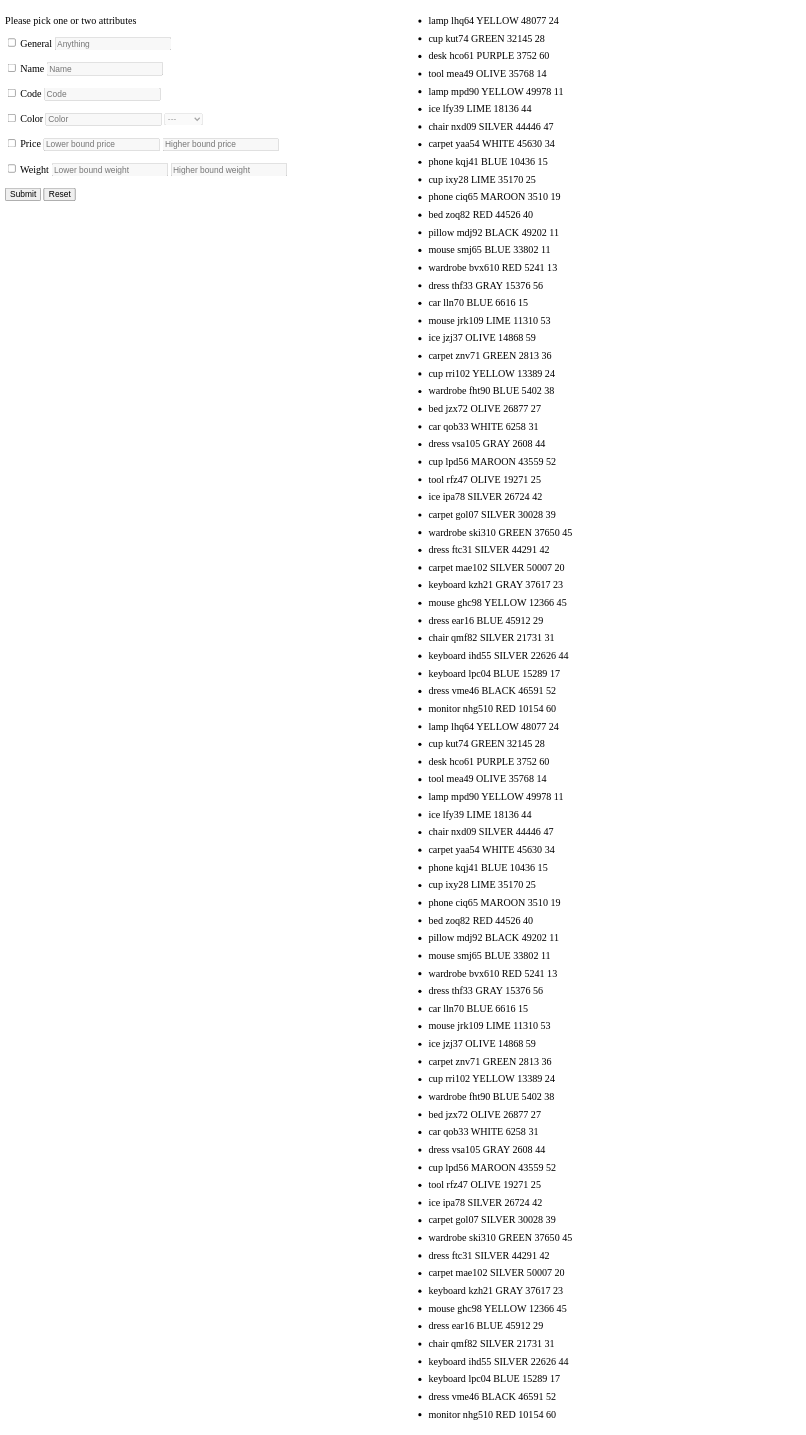
Repository: ISIT207-4-A/A1_C3_1
Page: home.html
An editor plug-in stored every save of this project. The page is shown before and after the next save, followed by the edit.
The browser window is 1280 px wide. The pictures show the whole page, at 63% of full size.
After loading, the first visible `button` was clicked once.

Above is the page before, as saved 2020-09-02 20:34:43.

After the next save:
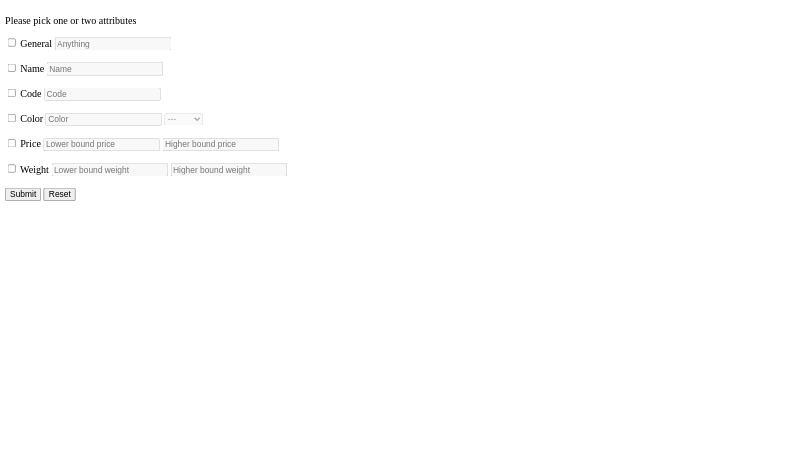
Saved 48 s later.
--- a/script.js
+++ b/script.js
@@ -122,12 +122,10 @@ function reset() {
 }
 
 function resetList() {
-	var ul = document.getElementById("result");
-	for (item of itemList) {
-		let li = document.createElement("li");
-		let itemValue = item.fullInfo;
-		li.appendChild(document.createTextNode(itemValue));
-		ul.appendChild(li);
+	const ul = document.getElementById("result");
+
+	while (ul.firstChild) {
+		ul.removeChild(ul.firstChild);
 	}
 }
 
@@ -137,7 +135,7 @@ function search() {
 	var result = new Array();
 
 	for (element of temp) {
-		if (element.checked || element.name != "general") {
+		if (element.checked) {
 			if (element.value == "name" || element.value == "code" || element.value == "color")
 			{
 				if (document.getElementById(element.value).disabled == false) {
